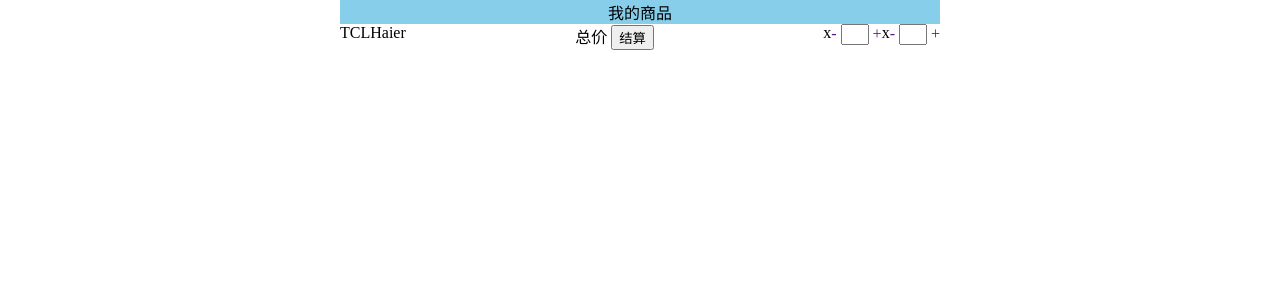
Repository: R1Deemo/Vue
Page: 10购物车.html
The author's editor kept a copy of each file at every save. The page is drawn from the files as they stood at one save, then again after the next save.
The browser window is 1280 px wide. The pictures show the whole page.

Above is the page before, as saved 2022-11-14 15:23:22.

### 10购物车.html
<!DOCTYPE html>
<html lang="en">

<head>
    <meta charset="UTF-8">
    <meta http-equiv="X-UA-Compatible" content="IE=edge">
    <meta name="viewport" content="width=device-width, initial-scale=1.0">
    <title>Document</title>
    <link rel="stylesheet" href="/css/购物车.css">
</head>

<body>
    <div id="app">
        <div class="container">
            <my-cart></my-cart>
        </div>
    </div>
    <script src="https://cdn.jsdelivr.net/npm/vue/dist/vue.js"></script>
    <script>
        var CartTitle = {
            template: `<div class="title">我的商品</div>`
        }
        var CartList = {
            template: `
            <div id='main'>
                <div class='item'>
                    <div class="name">TCL</div>
                    <div class="change">
                        <a href="">-</a>
                        <input type='text' class='num'/>
                        <a href="">+</a>
                    </div>
                    <div class='del'>x</div>
                </div>
                <div class='item'>
                    <div class="name">Haier</div>
                    <div class="change">
                        <a href="">-</a>
                        <input type='text' class='num'/>
                        <a href="">+</a>
                    </div>
                    <div class='del'>x</div>
                </div>
            </div>`

        }
        var CartTotal = {
            template: ` <div class="total">
                    <span>总价</span>
                    <button>结算</button>
                </div>`
        }
        Vue.component('my-cart', {
            template: `
            <div  class="cart">
                <cart-title></cart-title>
                <cart-list></cart-list>
                <cart-total></cart-total>
                </div>
            `,
            components: {
                'cart-title': CartTitle,
                'cart-list': CartList,
                'cart-total': CartTotal,

            }
        })
        var vm = new Vue({
            el: '#app',
            data: {

            }
        })
    </script>
</body>

</html>

### css/购物车.css
body,
html {
    margin: 0;
    padding: 0;
}

.title {
    background-color: skyblue;
}

.container {
    margin: 0 auto;
    text-align: center;
}

.change {
    float: right;
}

.del {
    float: right;
}

a {
    text-decoration: none;
}

.num {
    width: 20px;
}

.name {
    float: left;
}

.cart {
    width: 600px;
    height: 200px;
    margin: 0 auto;
}

After the next save:
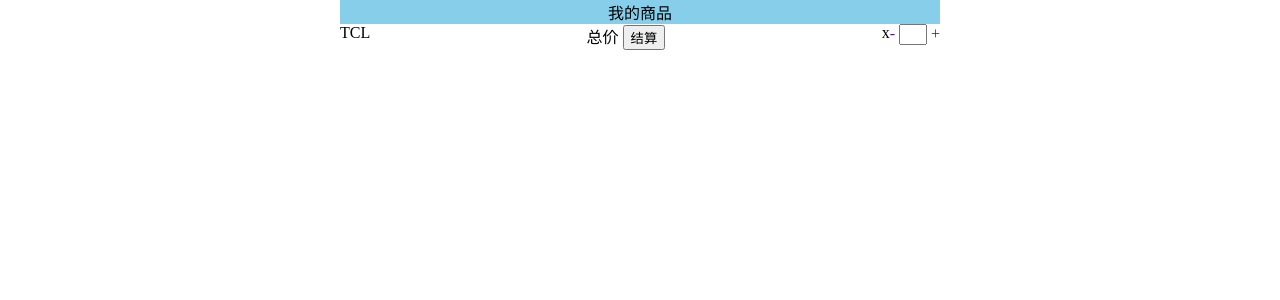
Saved 12 s later.
--- a/10购物车.html
+++ b/10购物车.html
@@ -32,15 +32,7 @@
                     </div>
                     <div class='del'>x</div>
                 </div>
-                <div class='item'>
-                    <div class="name">Haier</div>
-                    <div class="change">
-                        <a href="">-</a>
-                        <input type='text' class='num'/>
-                        <a href="">+</a>
-                    </div>
-                    <div class='del'>x</div>
-                </div>
+
             </div>`
 
         }
